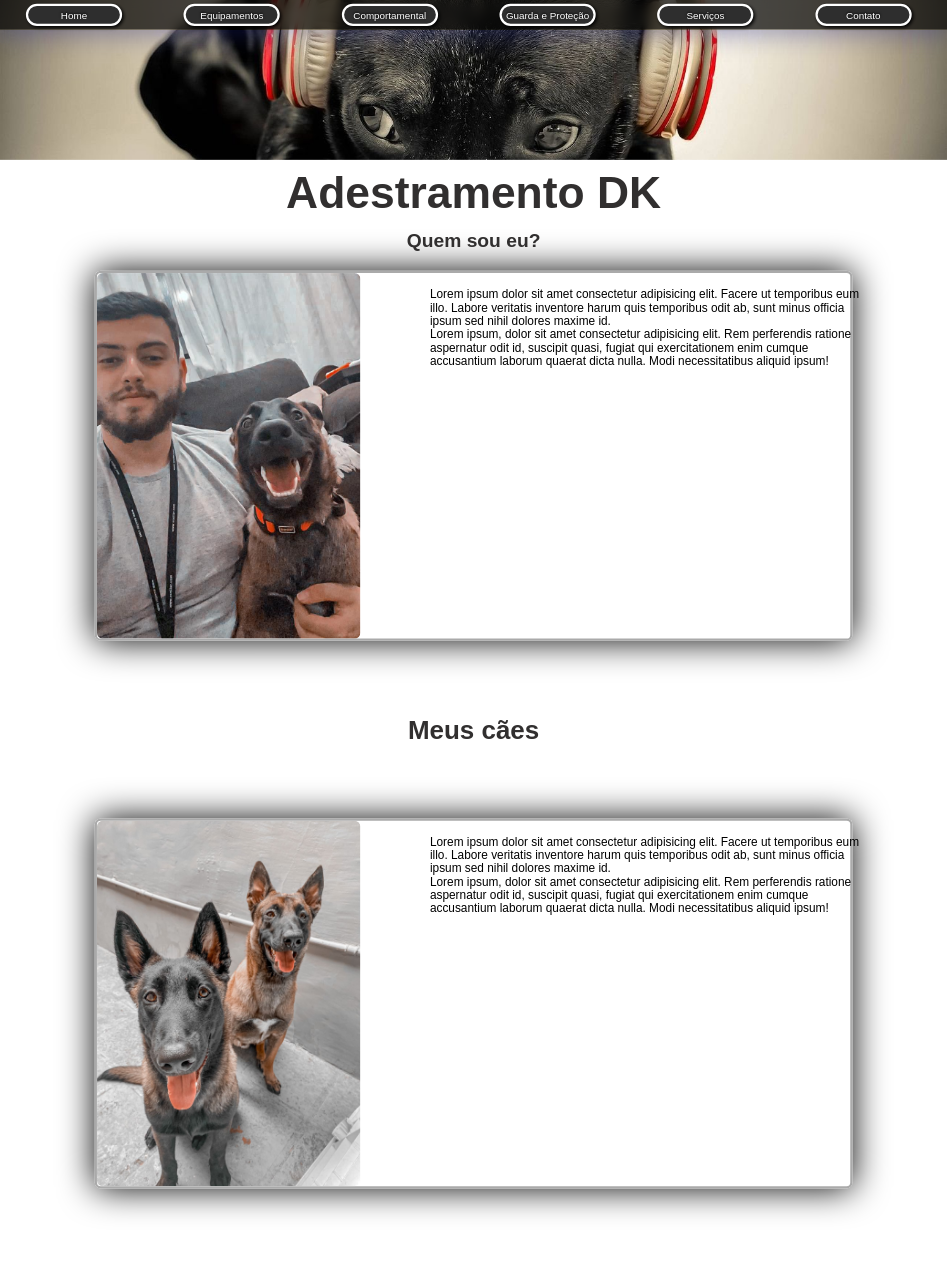
Repository: KevynMarques/Blog-React-StyledComponent
Page: /
These files come from the project's save history. The page is drawn as it stood at one moment and after a run of saves; the edit follows.
The browser window is 1280 px wide. The pictures show the whole page, at 74% of full size.
The project was rebuilt for these pictures with package versions that can differ from the ones it lists, and the page was loaded fresh each time.

Above is the page before, as saved 2022-02-01 18:38:10.

After the next 2 saves:
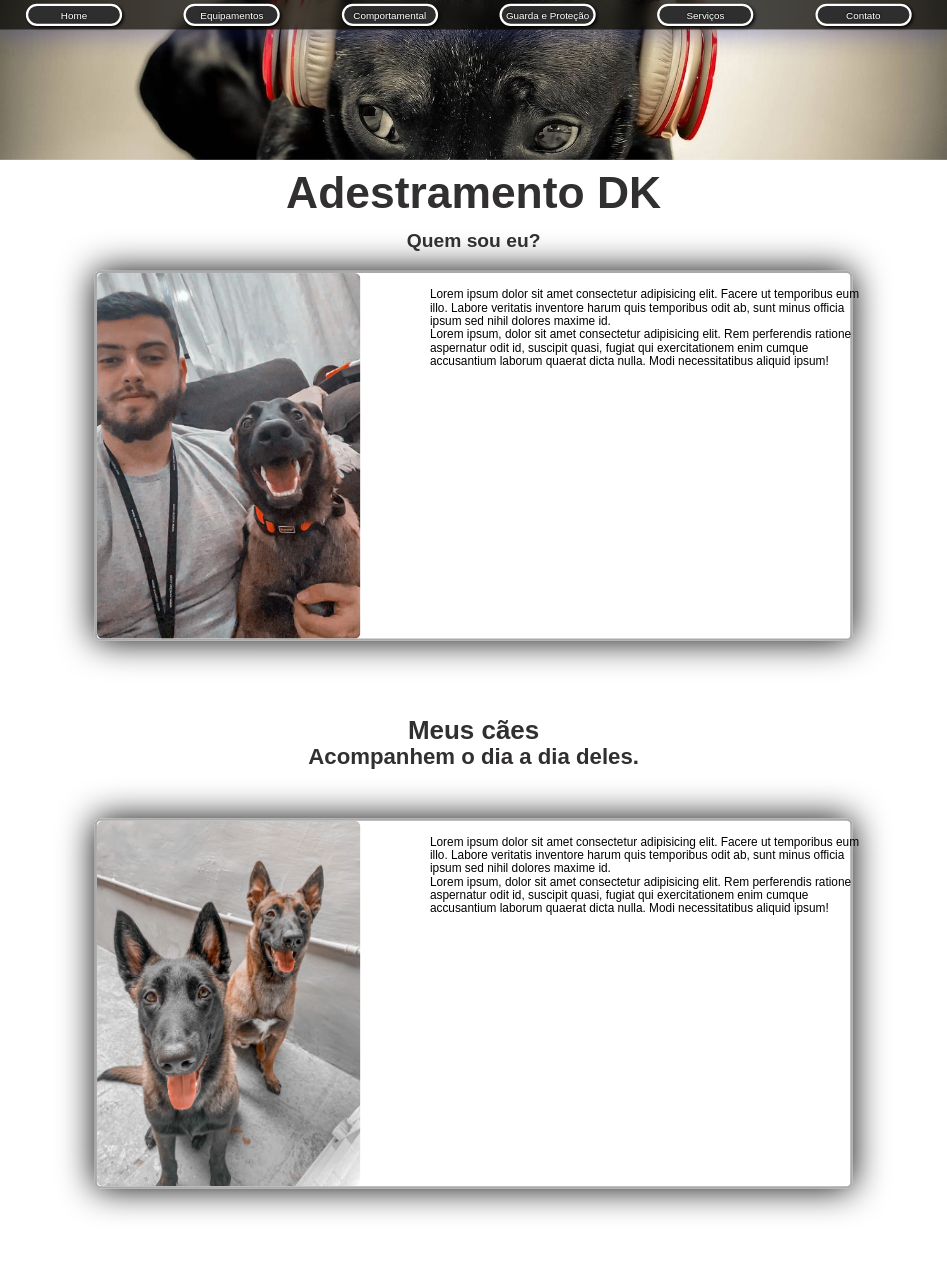
The 2 saves are shown as one change because they came seconds apart.
The last was saved 16 min 28 s later.
--- a/src/Components/Sobre/index.jsx
+++ b/src/Components/Sobre/index.jsx
@@ -26,6 +26,7 @@ export default () => {
 
   <Tittle>
       <h3>Meus cães</h3>
+      <p>Acompanhem  o dia a dia deles.</p>
     </Tittle>
 
 
